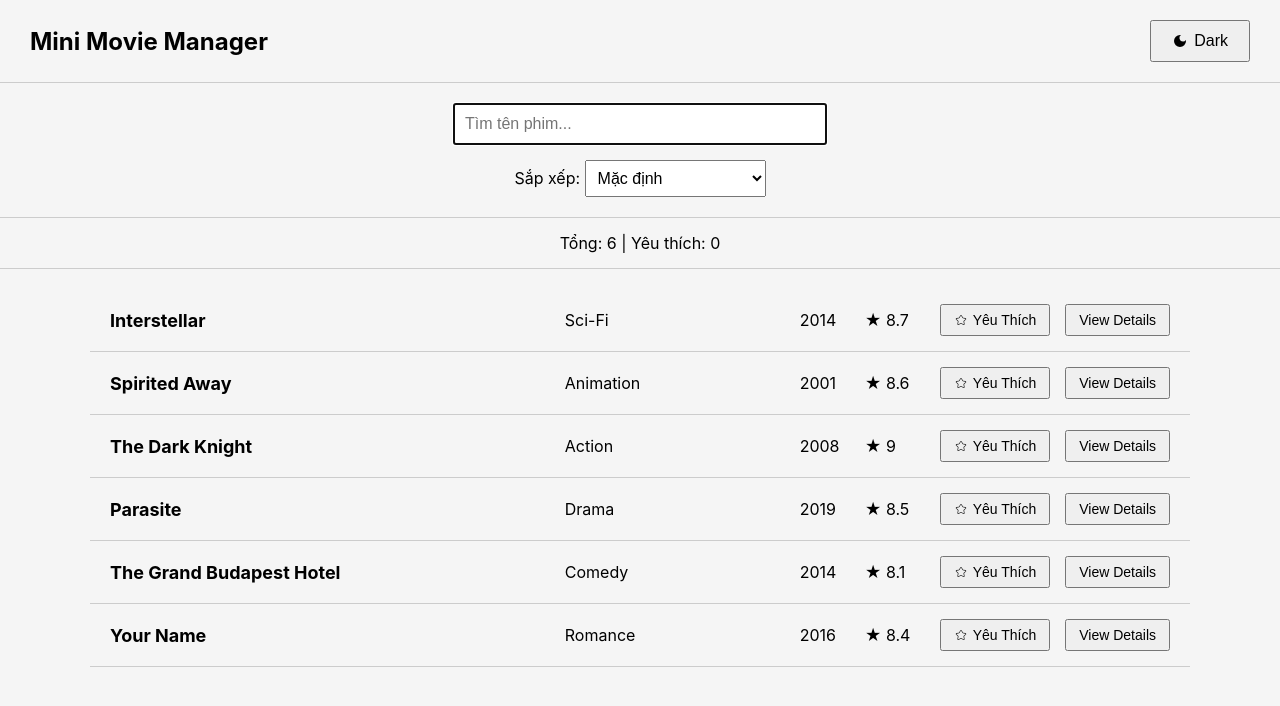
Repository: duyndhe195099/fer202_lab2
Page: /
The author's editor kept a copy of each file at every save. The page is drawn from the files as they stood at one save, then again after the next save.
The browser window is 1280 px wide. The pictures show the whole page.
The project was rebuilt for these pictures with package versions that can differ from the ones it lists, and the page was loaded fresh each time. Also part of the build but not shown: src/components/MovieDetail.js.

Above is the page before, as saved 2026-10-02 11:16:26.

### src/index.js
import React from "react";
import ReactDOM from "react-dom/client";
import "./index.css";
import App from "./App";
import { ThemeProvider } from "./context/ThemeContext";

const root = ReactDOM.createRoot(document.getElementById("root"));
root.render(
  <React.StrictMode>
    <ThemeProvider>
      <App />
    </ThemeProvider>
  </React.StrictMode>
);

### src/App.js
import { useCallback, useContext, useMemo, useState } from "react";

import Header from "./components/Header";
import SearchBar from "./components/SearchBar";
import GenreFilter from "./components/GenreFilter";
import MovieList from "./components/MovieList";
import MovieDetail from "./components/MovieDetail";

import { ThemeContext } from "./context/ThemeContext";
import useLocalStorage from "./hooks/useLocalStorage";
import { movies } from "./datas/movies";

function App() {

  const { darkMode } = useContext(ThemeContext);


  const [keyword, setKeyword] = useState("");
  const [genre, setGenre] = useState("All Genres");
  const [sortBy, setSortBy] = useState("default");
  const [selectedMovie, setSelectedMovie] = useState(null);


  const [favorites, setFavorites] = useLocalStorage("movie_favorites", []);


  const toggleFavorite = useCallback(
    (id) => {
      setFavorites((prev) =>
        prev.includes(id) ? prev.filter((f) => f !== id) : [...prev, id],
      );
    },
    [setFavorites],
  );


  const viewDetail = useCallback((movie) => {
    setSelectedMovie(movie);
  }, []);


  const filteredMovies = useMemo(() => {
    const kw = keyword.trim().toLowerCase();

    const result = movies.filter((movie) => {
      const matchGenre = genre === "All Genres" || movie.genre === genre;
      const matchTitle = movie.title.toLowerCase().includes(kw);
      return matchGenre && matchTitle;
    });

    if (sortBy === "desc") {
      result.sort((a, b) => b.rating - a.rating);
    } else if (sortBy === "asc") {
      result.sort((a, b) => a.rating - b.rating);
    }

    return result;
  }, [keyword, genre, sortBy]);

  return (
    <div
      style={{
        minHeight: "100vh",
        backgroundColor: darkMode ? "#222" : "#f5f5f5",
        color: darkMode ? "white" : "black",
      }}
    >
      <Header />

      <section style={{ padding: "20px", borderBottom: "1px solid #ccc" }}>
        <SearchBar keyword={keyword} setKeyword={setKeyword} />

        <div
          style={{
            display: "flex",
            justifyContent: "center",
            gap: "30px",
            marginTop: "15px",
          }}
        >
          <GenreFilter genre={genre} setGenre={setGenre} />

          <label style={{ fontSize: "16px" }}>
            Sắp xếp:{" "}
            <select
              value={sortBy}
              onChange={(e) => setSortBy(e.target.value)}
              style={{ padding: "8px", fontSize: "16px" }}
            >
              <option value="default">Mặc định</option>
              <option value="desc">Rating: High → Low</option>
              <option value="asc">Rating: Low → High</option>
            </select>
          </label>
        </div>
      </section>

      <p
        style={{
          textAlign: "center",
          margin: 0,
          padding: "15px",
          borderBottom: "1px solid #ccc",
        }}
      >
        Tổng: {filteredMovies.length} | Yêu thích: {favorites.length}
      </p>

      <div
        style={{
          display: "flex",
          alignItems: "flex-start",
          gap: "20px",
          maxWidth: "1100px",
          margin: "20px auto",
          padding: "0 20px",
        }}
      >
        <div style={{ flex: 1 }}>
          <MovieList
            movies={filteredMovies}
            favorites={favorites}
            toggleFavorite={toggleFavorite}
            viewDetail={viewDetail}
          />
        </div>

        {selectedMovie && (
          <MovieDetail
            movie={selectedMovie}
            onClose={() => setSelectedMovie(null)}
          />
        )}
      </div>
    </div>
  );
}

export default App;

### src/context/ThemeContext.js
import { createContext, useState } from "react";

export const ThemeContext = createContext();

export function ThemeProvider({ children }) {
  const [darkMode, setDarkMode] = useState(false);

  const toggleTheme = () => setDarkMode((prev) => !prev);

  return (
    <ThemeContext.Provider value={{ darkMode, toggleTheme }}>
      {children}
    </ThemeContext.Provider>
  );
}

### src/components/Header.js
import { useContext } from "react";
import { CiLight } from "react-icons/ci";
import { MdDarkMode } from "react-icons/md";
import { ThemeContext } from "../context/ThemeContext";

function Header() {
  const { darkMode, toggleTheme } = useContext(ThemeContext);

  return (
    <header
      style={{
        display: "flex",
        justifyContent: "space-between",
        alignItems: "center",
        padding: "20px 30px",
        borderBottom: "1px solid #ccc",
      }}
    >
      <h1 style={{ margin: 0, fontSize: "24px" }}>Mini Movie Manager</h1>

      <button
        onClick={toggleTheme}
        style={{
          display: "flex",
          alignItems: "center",
          gap: "6px",
          padding: "10px 20px",
          fontSize: "16px",
          cursor: "pointer",
        }}
      >
        {darkMode ? (
          <>
            <CiLight /> Light
          </>
        ) : (
          <>
            <MdDarkMode /> Dark
          </>
        )}
      </button>
    </header>
  );
}

export default Header;

### src/components/SearchBar.js
import { useEffect, useRef } from "react";

function SearchBar({ keyword, setKeyword }) {
  const inputRef = useRef(null);


  useEffect(() => {
    inputRef.current.focus();
  }, []);

  const handleClear = () => {
    setKeyword("");
    inputRef.current.focus();
  };

  return (
    <div style={{ display: "flex", justifyContent: "center", gap: "10px" }}>


      <input
        ref={inputRef}
        type="text"
        value={keyword}
        placeholder="Tìm tên phim..."
        onChange={(e) => setKeyword(e.target.value)}
        style={{ width: "350px", padding: "10px", fontSize: "16px" }}
      />


    </div>
  );
}

export default SearchBar;

### src/components/GenreFilter.js
const genres = [
  "All Genres",
  "Action",
  "Animation",
  "Comedy",
  "Drama",
  "Romance",
  "Sci-Fi",
];

function GenreFilter({ genre, setGenre }) {

}

export default GenreFilter;

### src/components/MovieList.js
import MovieItem from "./MovieItem";

function MovieList({ movies, favorites, toggleFavorite, viewDetail }) {
  if (movies.length === 0) {
    return (
      <p style={{ textAlign: "center", padding: "30px" }}>No movies found.</p>
    );
  }

  return (
    <section>
      {movies.map((movie) => (
        <MovieItem
          key={movie.id}
          movie={movie}
          isFavorite={favorites.includes(movie.id)}
          toggleFavorite={toggleFavorite}
          viewDetail={viewDetail}
        />
      ))}
    </section>
  );
}

export default MovieList;

### src/hooks/useLocalStorage.js
import { useEffect, useState } from "react";

function useLocalStorage(key, initialValue) {
  const [value, setValue] = useState(initialValue);
  const [loaded, setLoaded] = useState(false);

  // Load dữ liệu khi app khởi động
  useEffect(() => {
    const saved = localStorage.getItem(key);

    if (saved) {
      setValue(JSON.parse(saved));
    }

    setLoaded(true);
  }, [key]);

  // Lưu dữ liệu mỗi khi value thay đổi
  useEffect(() => {
    if (loaded) {
      localStorage.setItem(key, JSON.stringify(value));
    }
  }, [key, value, loaded]);

  return [value, setValue];
}

export default useLocalStorage;

### src/datas/movies.js
export const movies = [
    {
        id: 1,
        title: "Interstellar",
        genre: "Sci-Fi",
        year: 2014,
        rating: 8.7,
        director: "Christopher Nolan",
        duration: 169,
        description:
            "A group of astronauts travels through space to search for a new home for humanity."
    },
    {
        id: 2,
        title: "Spirited Away",
        genre: "Animation",
        year: 2001,
        rating: 8.6,
        director: "Hayao Miyazaki",
        duration: 125,
        description:
            "A young girl enters a mysterious world and tries to save her parents."
    },
    {
        id: 3,
        title: "The Dark Knight",
        genre: "Action",
        year: 2008,
        rating: 9.0,
        director: "Christopher Nolan",
        duration: 152,
        description:
            "Batman faces a dangerous criminal who creates chaos in Gotham City."
    },
    {
        id: 4,
        title: "Parasite",
        genre: "Drama",
        year: 2019,
        rating: 8.5,
        director: "Bong Joon-ho",
        duration: 132,
        description:
            "A poor family gradually becomes involved in the life of a wealthy family."
    },
    {
        id: 5,
        title: "The Grand Budapest Hotel",
        genre: "Comedy",
        year: 2014,
        rating: 8.1,
        director: "Wes Anderson",
        duration: 100,
        description:
            "A series of unusual events takes place at a famous European hotel."
    },
    {
        id: 6,
        title: "Your Name",
        genre: "Romance",
        year: 2016,
        rating: 8.4,
        director: "Makoto Shinkai",
        duration: 106,
        description:
            "Two young people mysteriously experience each other's lives."
    }
];

### src/components/MovieItem.js
import { memo } from "react";
import { CiStar } from "react-icons/ci";
import { FaStar } from "react-icons/fa";

function MovieItem({ movie, isFavorite, toggleFavorite, viewDetail }) {
  const buttonStyle = {
    display: "flex",
    alignItems: "center",
    gap: "5px",
    padding: "6px 12px",
    fontSize: "14px",
    cursor: "pointer",
  };

  return (
    <div
      style={{
        display: "flex",
        alignItems: "center",
        gap: "15px",
        padding: "15px 20px",
        borderBottom: "1px solid #ccc",
      }}
    >
      <span style={{ flex: 2, fontSize: "18px", fontWeight: "bold" }}>
        {movie.title}
      </span>

      <span style={{ flex: 1 }}>{movie.genre}</span>

      <span style={{ width: "50px" }}>{movie.year}</span>

      <span style={{ width: "60px" }}>★ {movie.rating}</span>

      <button onClick={() => toggleFavorite(movie.id)} style={buttonStyle}>
        {isFavorite ? (
          <>
            <FaStar /> Bỏ thích
          </>
        ) : (
          <>
            <CiStar /> Yêu Thích
          </>
        )}
      </button>

      <button onClick={() => viewDetail(movie)} style={buttonStyle}>
        View Details
      </button>
    </div>
  );
}

export default memo(MovieItem);

Loaded but not shown: public/index.html (common file); src/index.css (common file)

After the next save:
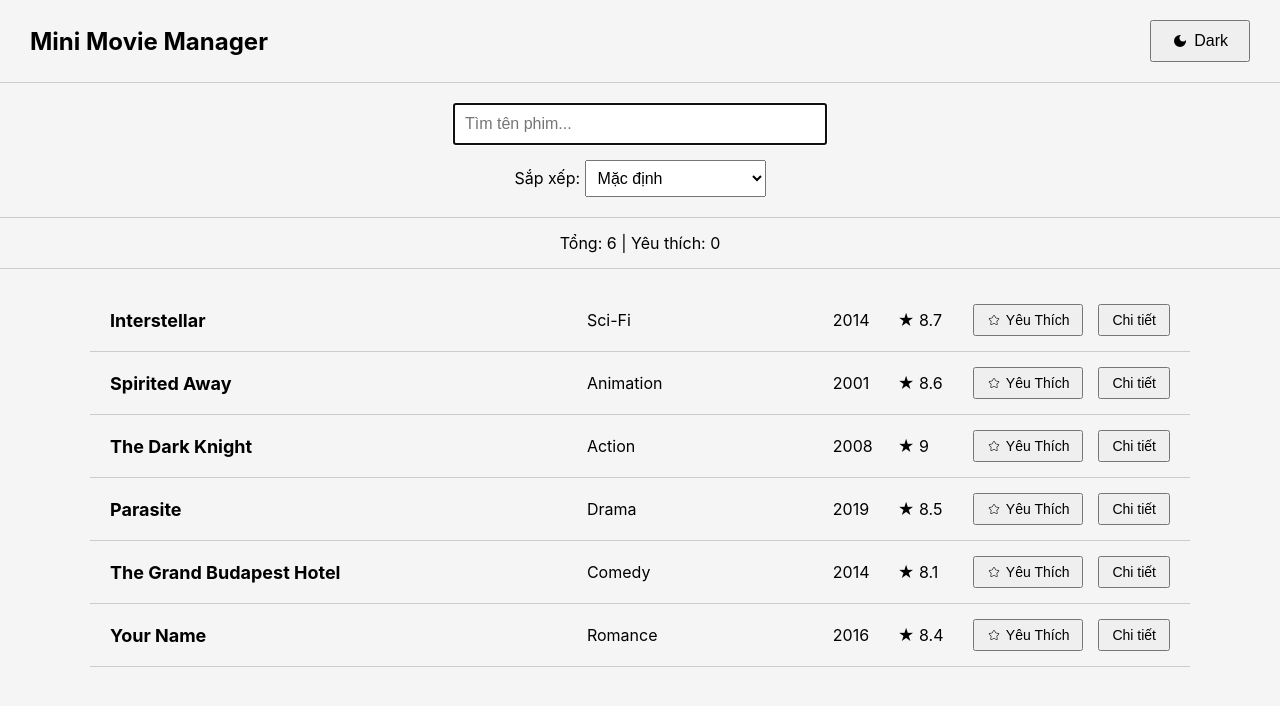
Saved 24 s later.
--- a/src/components/MovieItem.js
+++ b/src/components/MovieItem.js
@@ -45,7 +45,7 @@ function MovieItem({ movie, isFavorite, toggleFavorite, viewDetail }) {
       </button>
 
       <button onClick={() => viewDetail(movie)} style={buttonStyle}>
-        View Details
+       Chi tiết
       </button>
     </div>
   );
